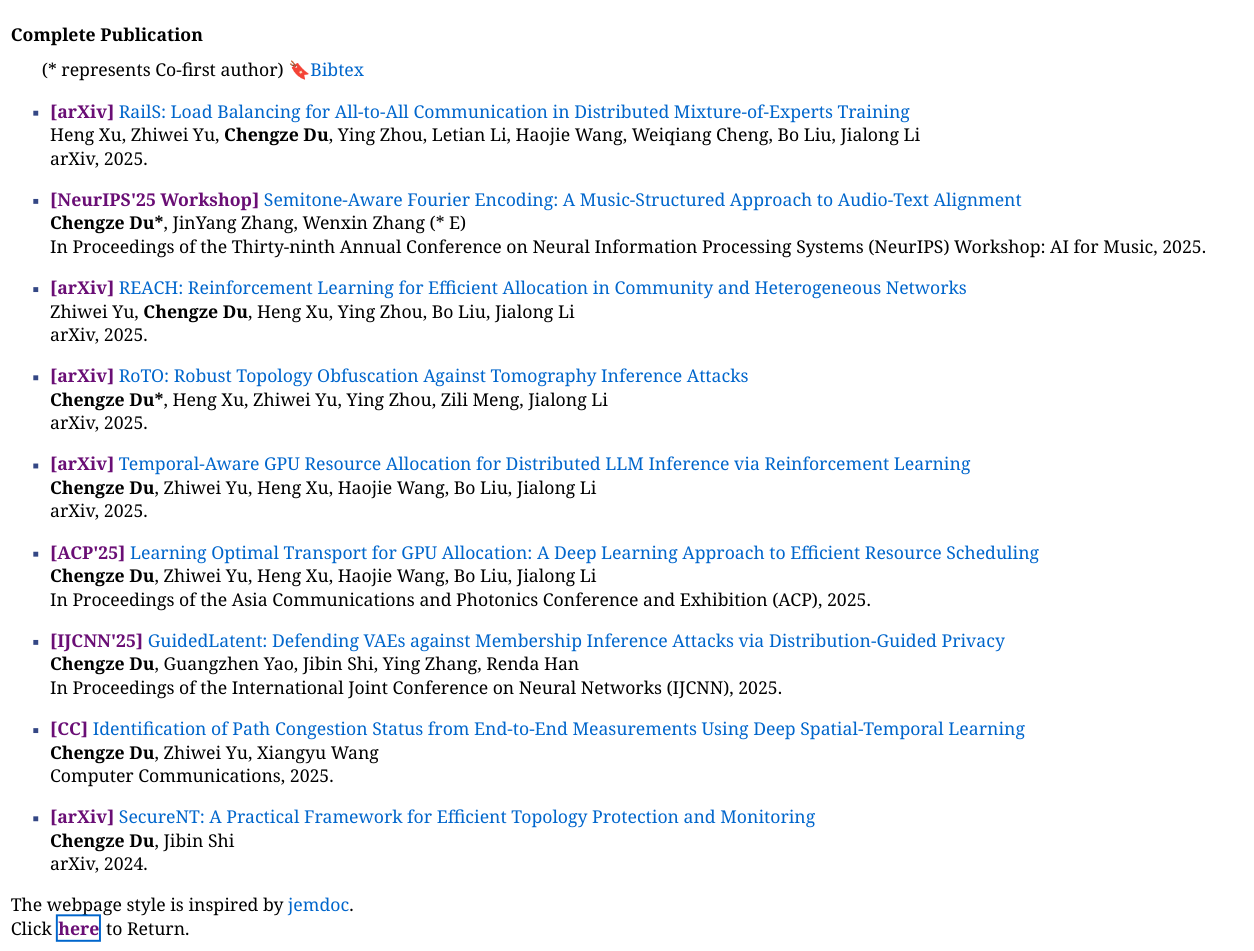
Repository: Monickar/Monickar.github.io
Page: FullPaperList.html
These files come from the project's save history. The page is drawn as it stood at one moment and after the next save; the edit follows.
The browser window is 1280 px wide. The pictures show the whole page, at 98% of full size.

Above is the page before, as saved 2025-10-26 17:44:21.

After the next save:
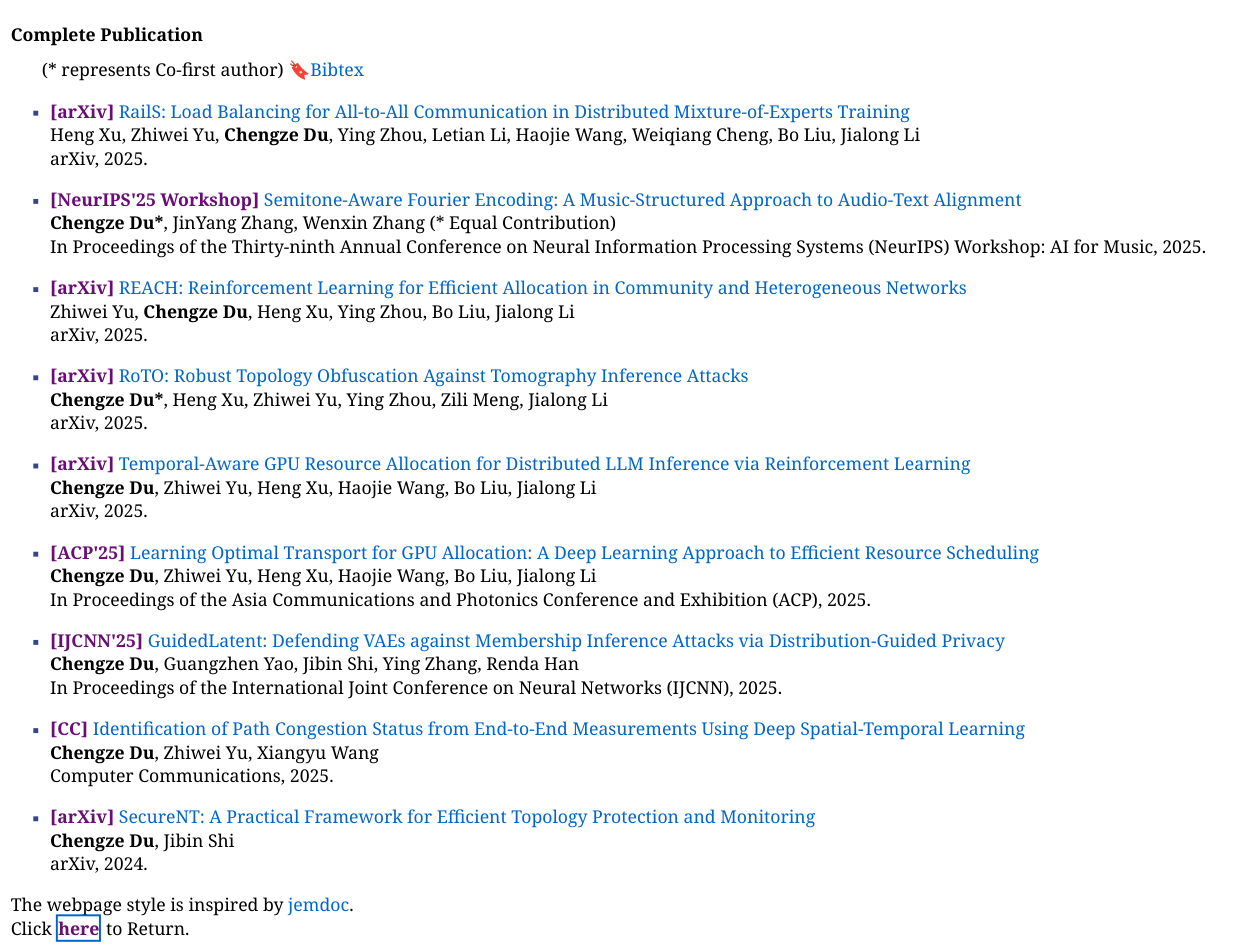
Saved 6 s later.
--- a/FullPaperList.html
+++ b/FullPaperList.html
@@ -70,7 +70,7 @@
 
 
 <li><p><span>[NeurIPS'25 Workshop] </span><a href=""> Semitone-Aware Fourier Encoding: A Music-Structured Approach to Audio-Text Alignment</a><br>
-<strong>Chengze Du*</strong>, JinYang Zhang, Wenxin Zhang (* E)  <br>
+<strong>Chengze Du*</strong>, JinYang Zhang, Wenxin Zhang (* Equal Contribution)  <br>
 In Proceedings of the Thirty-ninth Annual Conference on Neural Information Processing Systems (NeurIPS) Workshop: AI for Music, 2025.
 <br>
 </p></li>
